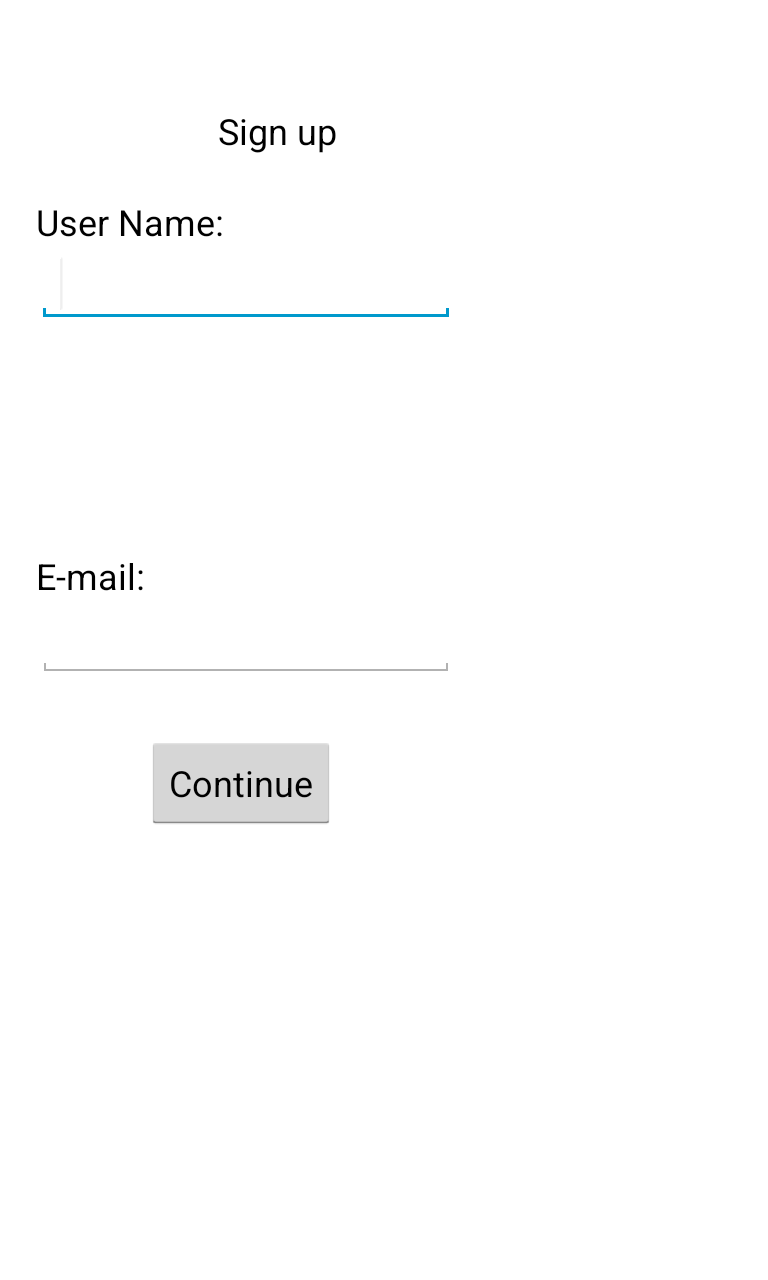
Repository: Teketel/hujeManiita
Layout: workspace/android/Besso/res/layout/activity_main.xml
These files come from the project's save history. The layout is drawn as it stood at one moment and after the next save; the edit follows.
It is drawn on a 768 x 1280 px phone screen (xhdpi) without system bars, with theme AppTheme; the app's code is not run.

Above is the layout before, as saved 2013-02-18 19:26:55.

After the next save:
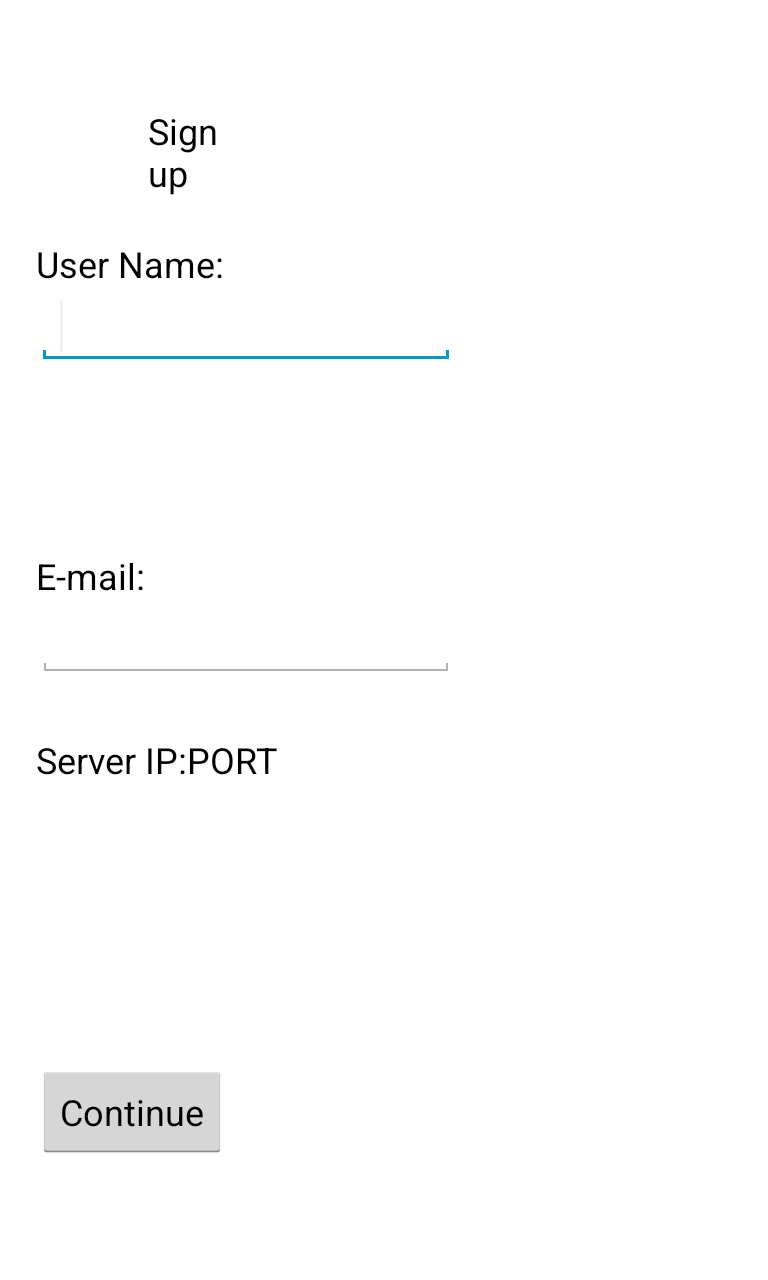
Saved 107 s later.
--- a/workspace/android/Besso/res/layout/activity_main.xml
+++ b/workspace/android/Besso/res/layout/activity_main.xml
@@ -52,15 +52,6 @@
         android:text="User Name:"
         android:textAppearance="?android:attr/textAppearanceMedium" />
 
-    <Button
-        android:id="@+id/button1"
-        android:layout_width="wrap_content"
-        android:layout_height="wrap_content"
-        android:layout_below="@+id/email"
-        android:layout_marginTop="28dp"
-        android:layout_toRightOf="@+id/textView3"
-        android:text="Continue" />
-
     <TextView
         android:id="@+id/textView3"
         android:layout_width="wrap_content"
@@ -70,4 +61,23 @@
         android:text="E-mail:"
         android:textAppearance="?android:attr/textAppearanceMedium" />
 
+    <Button
+        android:id="@+id/button1"
+        android:layout_width="wrap_content"
+        android:layout_height="wrap_content"
+        android:layout_alignLeft="@+id/email"
+        android:layout_alignParentBottom="true"
+        android:layout_marginBottom="42dp"
+        android:text="Continue" />
+
+    <TextView
+        android:id="@+id/ipTextView"
+        android:layout_width="wrap_content"
+        android:layout_height="wrap_content"
+        android:layout_alignLeft="@+id/email"
+        android:layout_below="@+id/email"
+        android:layout_marginTop="28dp"
+        android:text="Server IP:PORT"
+        android:textAppearance="?android:attr/textAppearanceMedium" />
+
 </RelativeLayout>
